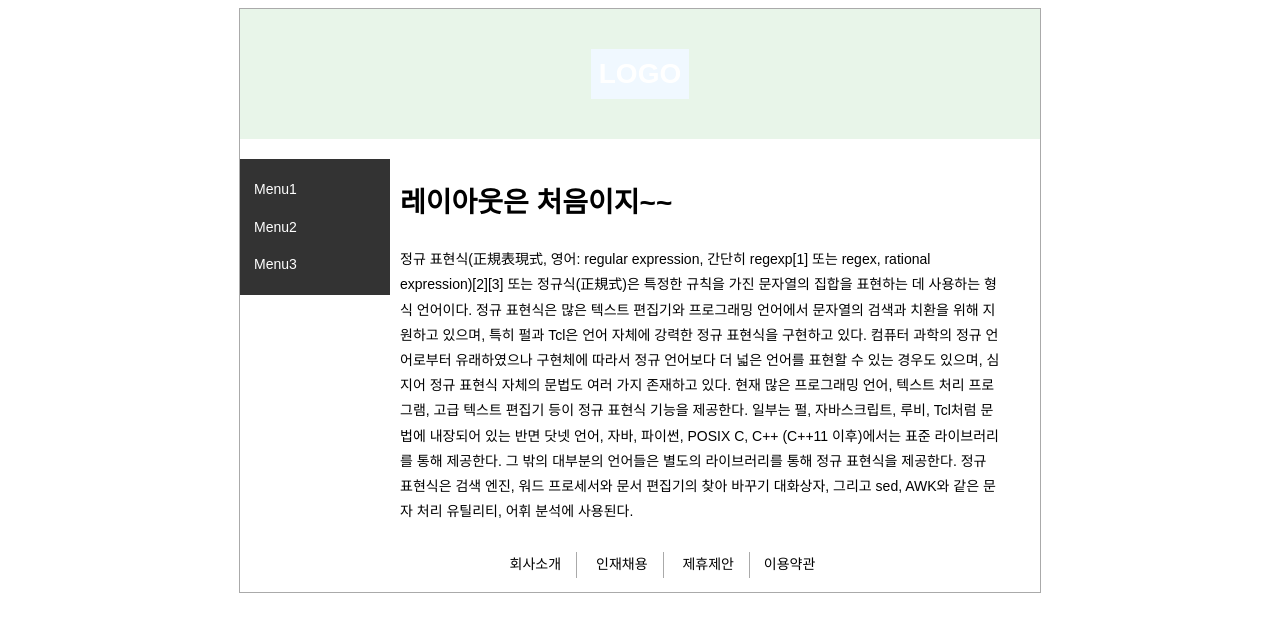
Repository: hsaar/jsworkplace
Page: http://localhost/testjsp/jsp/login.jsp
The author's editor kept a copy of each file at every save. The page is drawn from the files as they stood at one save, then again after the next save.
The browser window is 1280 px wide. The pictures show the whole page.
The page is served by Tomcat 9.

Above is the page before, as saved 2025-08-21 01:24:36.

### testjsp/src/main/webapp/jsp/login.jsp
<%@ page language="java" contentType="text/html; charset=UTF-8"
	pageEncoding="UTF-8"%>
<!DOCTYPE html>
<html>
<head>
<meta charset="UTF-8">
<title>layout</title>
<style type="text/css">
	body{
		font:14px/1.8 Arial, Helvetica, sans-serif;

	}
	.frame{
		width:800px;
		margin : 0 auto;
		border: 1px solid #aaaaaa;
	}
	.header{
		padding : 40px 10px;
		text-align: center;
		background: #e8f5e9;
		margin-bottom: 20px;
	}
	.logo{
		font-size: 2em;
		font-weight: bold;
		background: #f0f8ff;
		color:#ffffff;
		display: inline-block;
		padding : 0 8px;
	}
	.container{
		overflow: hidden;
	}
	.nav{
		float: left;
		width: 150px;
		background: #333;
		color: #fff;
		margin-right: 0px;
	}
	.nav-list{
		list-style: none;
		margin: 0;
		padding: 10px 0;
	}
	.nav-item{
		margin: 4px;
	}
	.nav-link{
		display: block;
		text-decoration: none;
		color: #fff;
		padding: 4px 10px;
	}
	.nav-link:hover{
		background: #5457de;
	}
	.content{
		float: left;
		width: 600px;
		margin-left: 10px;
	}
	.foot{
		text-align: center;
		font: 10px;
	}
	.foot-list{
		list-style: none;
	}

	.foot-item{
		display: inline-block;
		margin: 0;
		padding : 0 15px;
		border-right: 1px solid #aaa;
	}
	.foot-itemend{
		display: inline-block;
		margin: 0;
		padding : 0 10px;
	}

</style>
</head>
<body>
	<!-- flame start -->
	<div class="frame">
		<div class="header">
			<div class="logo">LOGO</div>
		</div>

		<div class="container">
			<div class="nav">
				<ul class = "nav-list">
					<li class = "nav-item"><a href="a" class = "nav-link">Menu1</a></li>
					<li class = "nav-item"><a href="b" class = "nav-link">Menu2</a></li>
					<li class = "nav-item"><a href="c" class = "nav-link">Menu3</a></li>
				</ul>
			</div>
			<div class="content">
				<h1>레이아웃은 처음이지~~</h1>
				<p>정규 표현식(正規表現式, 영어: regular expression, 간단히 regexp[1] 또는 regex,
					rational expression)[2][3] 또는 정규식(正規式)은 특정한 규칙을 가진 문자열의 집합을 표현하는 데
					사용하는 형식 언어이다. 정규 표현식은 많은 텍스트 편집기와 프로그래밍 언어에서 문자열의 검색과 치환을 위해 지원하고
					있으며, 특히 펄과 Tcl은 언어 자체에 강력한 정규 표현식을 구현하고 있다. 컴퓨터 과학의 정규 언어로부터 유래하였으나
					구현체에 따라서 정규 언어보다 더 넓은 언어를 표현할 수 있는 경우도 있으며, 심지어 정규 표현식 자체의 문법도 여러
					가지 존재하고 있다. 현재 많은 프로그래밍 언어, 텍스트 처리 프로그램, 고급 텍스트 편집기 등이 정규 표현식 기능을
					제공한다. 일부는 펄, 자바스크립트, 루비, Tcl처럼 문법에 내장되어 있는 반면 닷넷 언어, 자바, 파이썬, POSIX
					C, C++ (C++11 이후)에서는 표준 라이브러리를 통해 제공한다. 그 밖의 대부분의 언어들은 별도의 라이브러리를
					통해 정규 표현식을 제공한다. 정규 표현식은 검색 엔진, 워드 프로세서와 문서 편집기의 찾아 바꾸기 대화상자, 그리고
					sed, AWK와 같은 문자 처리 유틸리티, 어휘 분석에 사용된다.</p>
			</div>
		</div>

		<div class="foot">
			<ul class = "foot-list">
				<li class = "foot-item">회사소개</li>
				<li class = "foot-item">인재채용</li>
				<li class = "foot-item">제휴제안</li>
				<li class = "foot-itemend">이용약관</li>
			</ul>
		</div>

	</div>
	<!-- flame start -->
</body>
</html>

After the next save:
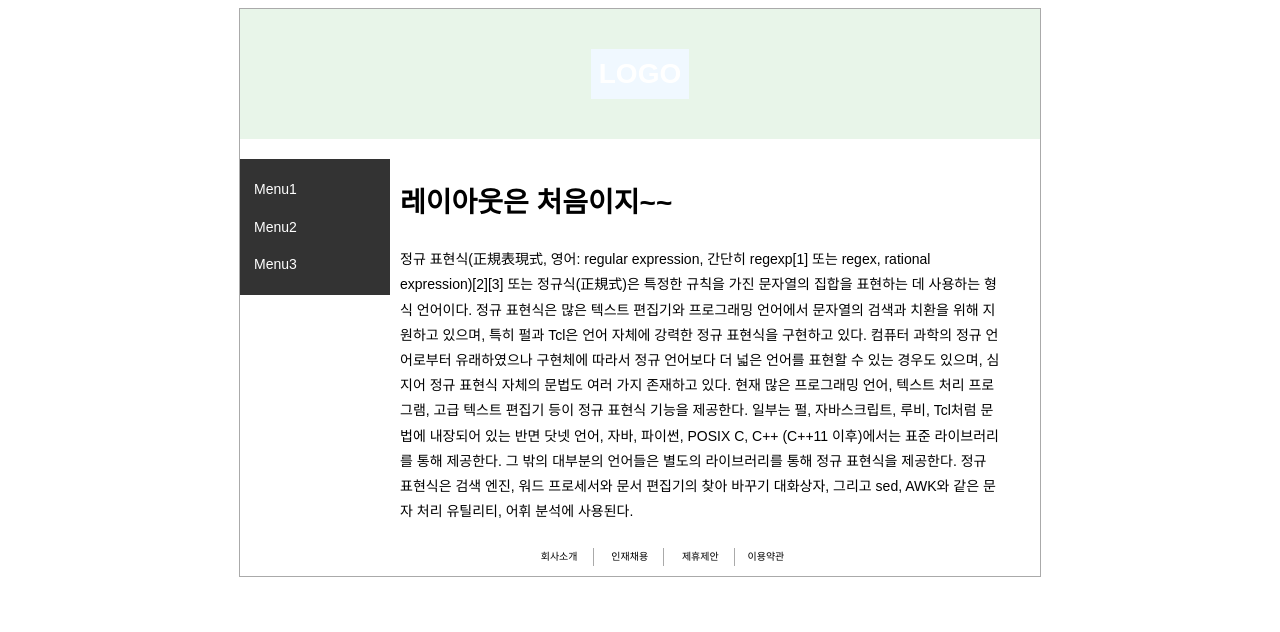
Saved 21 s later.
--- a/testjsp/src/main/webapp/jsp/login.jsp
+++ b/testjsp/src/main/webapp/jsp/login.jsp
@@ -63,7 +63,7 @@
 	}
 	.foot{
 		text-align: center;
-		font: 10px;
+		font-size: 10px;
 	}
 	.foot-list{
 		list-style: none;
